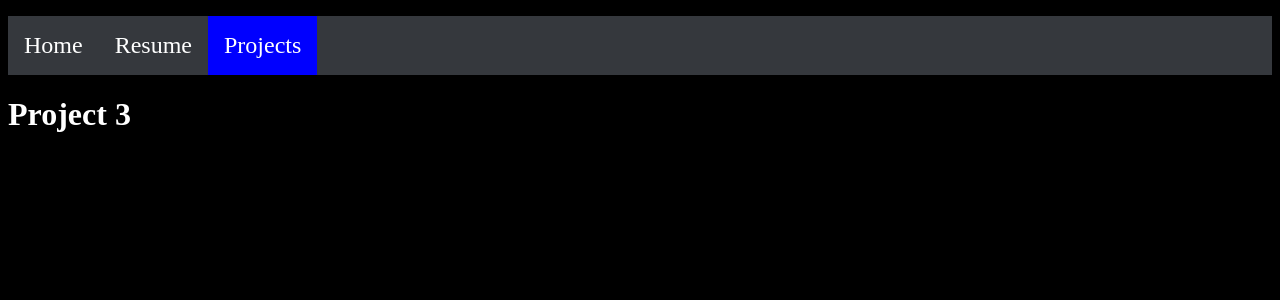
Repository: MasonSingleterry/MasonSingleterry.github.io
Page: project3.html
The author's editor kept a record of every edit. The page is drawn from the files as they stood at one moment, then again after the next edit.
The browser window is 1280 px wide. The pictures show the whole page.

Above is the page before.

### project3.html
<!DOCTYPE html>
<html>
    <head>
        <title>Project 3</title>
        <link rel = "stylesheet" type = "text/css" href = "style.css"
    </head>
    <body class = "body">
        <ul class = "navbar">
            <li><a href = "/index.html">Home</a></li>
            <li><a href = "resume.html">Resume</a></li>
            <li class = "dropdown">
                <div class = "active">Projects</div>
                <ul class = "dropdown-content">
                    <li><a href = "project1.hmtl">project 1</a></li>
                    <li><a href = "project2.html">project 2</a></li>
                    <li><a href = "project3.html">project 3</a></li>
                </ul>
            </li>

        </ul>
        <h1>Project 3</h1>
    </body>
</html>

### style.css
            /*RESUME*/
            .body {
                background-color: #000000;
                color: #FFFFFF;
            }

            .navbar {
                list-style: none;
                background-color: #35383d;
                overflow: hidden;
                padding: 0;
            }

            .navbar a, .dropdown div {
                text-decoration: none;
                color: #ffffff;
                font-size: 24px;
                padding: 16px;
                display: inline-block;
            }

            .navbar li {
                float: left;
            }

            .navbar li:hover {
                background-color: #7FFF00;
            }

            .dropdown-content {
                list-style: none;
                padding: 0;
                display: none;
                position: absolute;
                Z-index: 1;
            }
            .dropdown-content li {
                background-color: #35383d;
                float: none;
            }

            .dropdown:hover .dropdown-content {
                display: block;
            }

            .active {
                background-color: blue;
            }
            /*Index*/
            .body {
                background-color: #000000;
                color: #FFFFFF;
            }

            .navbar {
                list-style: none;
                background-color: #35383d;
                overflow: hidden;
                padding: 0;
            }

            .navbar a, .dropdown div {
                text-decoration: none;
                color: #ffffff;
                font-size: 24px;
                padding: 16px;
                display: inline-block;
            }

            .navbar li {
                float: left;
            }

            .navbar li:hover {
                background-color: #7FFF00;
            }

            .dropdown-content {
                list-style: none;
                padding: 0;
                display: none;
                position: absolute;
                Z-index: 1;
            }
            .dropdown-content li {
                background-color: #35383d;
                float: none;
            }

            .dropdown:hover .dropdown-content {
                display: block;
            }

            .active {
                background-color: blue;
            }

After the next edit:
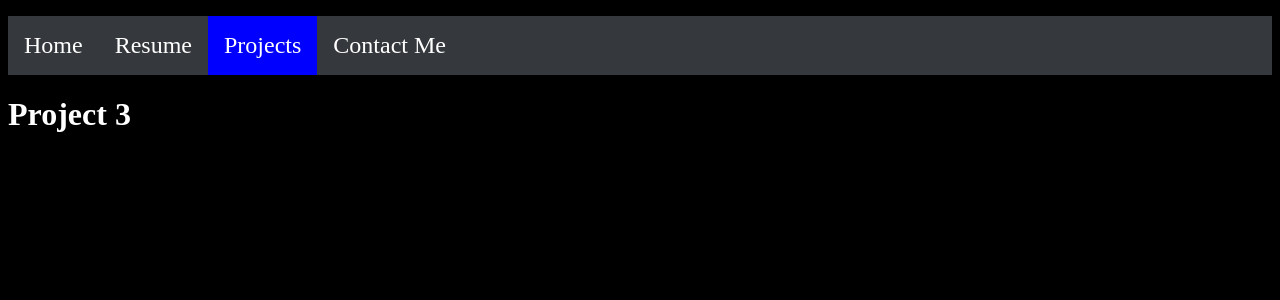
The edit:
--- a/project3.html
+++ b/project3.html
@@ -16,7 +16,7 @@
                     <li><a href = "project3.html">project 3</a></li>
                 </ul>
             </li>
-
+            <li><a href = "contactme.html">Contact Me</a></li>
         </ul>
         <h1>Project 3</h1>
     </body>
